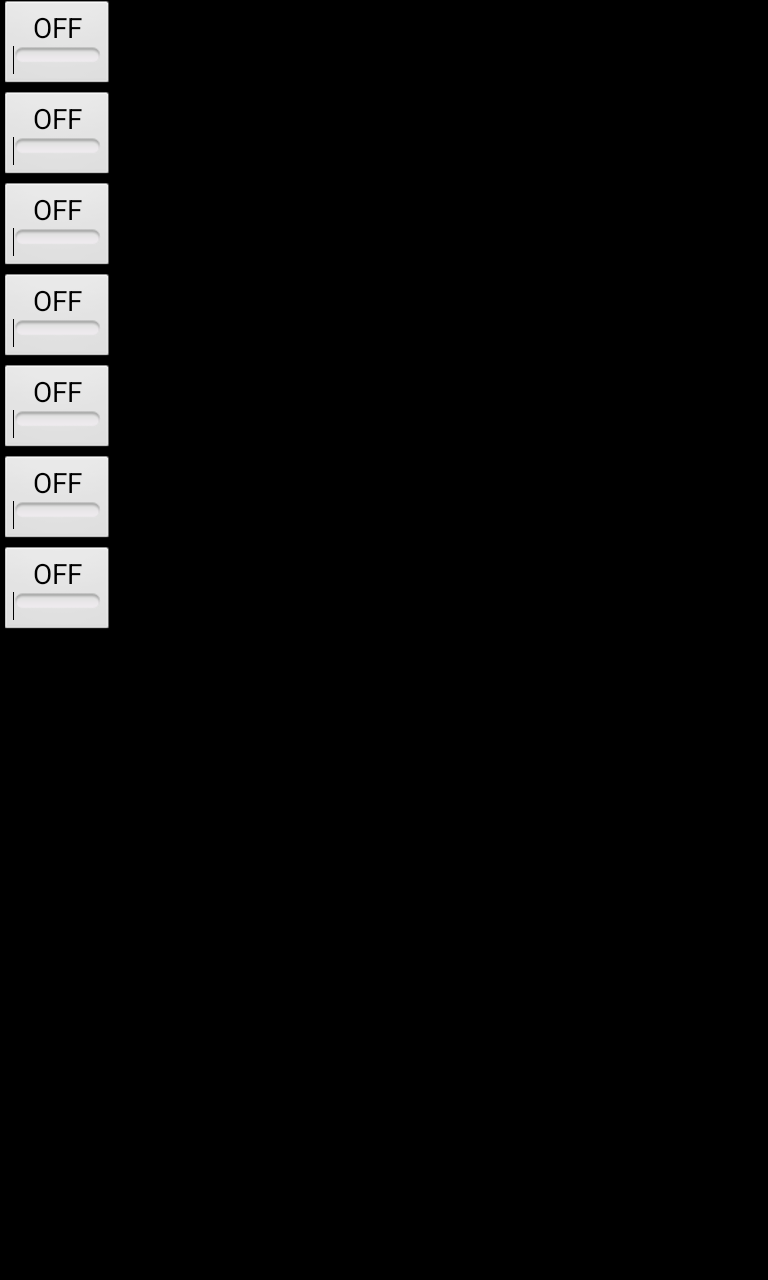
Repository: andrewmacquarrie/BoardTests
Layout: BoardTest/res/layout/main.xml
The author's editor kept a copy of each file at every save. The layout is drawn from the files as they stood at one save, then again after the next save.
It is drawn on a 768 x 1280 px phone screen (xhdpi) without system bars, with theme android:Theme; the app's code is not run.

Above is the layout before, as saved 2011-03-29 12:45:11.

### BoardTest/res/layout/main.xml
<?xml version="1.0" encoding="utf-8"?>
<LinearLayout xmlns:android="http://schemas.android.com/apk/res/android"
    android:orientation="vertical"
    android:layout_width="fill_parent"
    android:layout_height="fill_parent"
    >
<ToggleButton
     android:height="30"
     android:layout_width="wrap_content"
     android:tag="1"
     android:onClick="toggleOutput" />
<ToggleButton
     android:layout_height="wrap_content"
     android:layout_width="wrap_content"
     android:tag="2"
     android:onClick="toggleOutput" />
<ToggleButton
     android:layout_height="wrap_content"
     android:layout_width="wrap_content"
     android:tag="3"
     android:onClick="toggleOutput" />
<ToggleButton
     android:layout_height="wrap_content"
     android:layout_width="wrap_content"
     android:tag="4"
     android:onClick="toggleOutput" />
<ToggleButton
     android:layout_height="wrap_content"
     android:layout_width="wrap_content"
     android:tag="5"
     android:onClick="toggleOutput" />
<ToggleButton
     android:layout_height="wrap_content"
     android:layout_width="wrap_content"
     android:tag="6"
     android:onClick="toggleOutput" />
<ToggleButton
     android:layout_height="wrap_content"
     android:layout_width="wrap_content"
     android:tag="7"
     android:onClick="toggleOutput" />
<ToggleButton
     android:layout_height="wrap_content"
     android:layout_width="wrap_content"
     android:tag="8"
     android:onClick="toggleOutput" />
</LinearLayout>

After the next save:
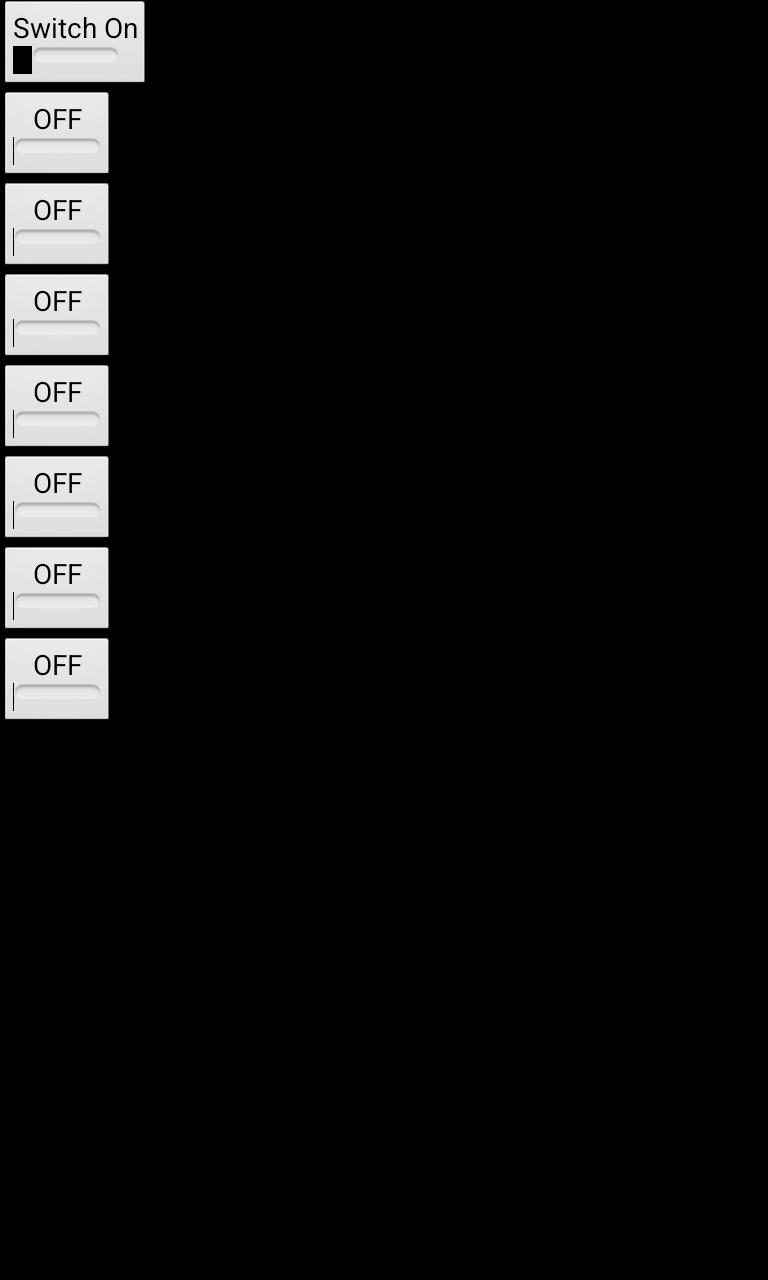
Saved 2 min 40 s later.
--- a/BoardTest/res/layout/main.xml
+++ b/BoardTest/res/layout/main.xml
@@ -5,9 +5,10 @@
     android:layout_height="fill_parent"
     >
 <ToggleButton
-     android:height="30"
+     android:layout_height="wrap_content"
      android:layout_width="wrap_content"
-     android:tag="1"
+     android:tag="1"android:textOff="Switch On"
+	 android:textOn="Switch Off"
      android:onClick="toggleOutput" />
 <ToggleButton
      android:layout_height="wrap_content"
